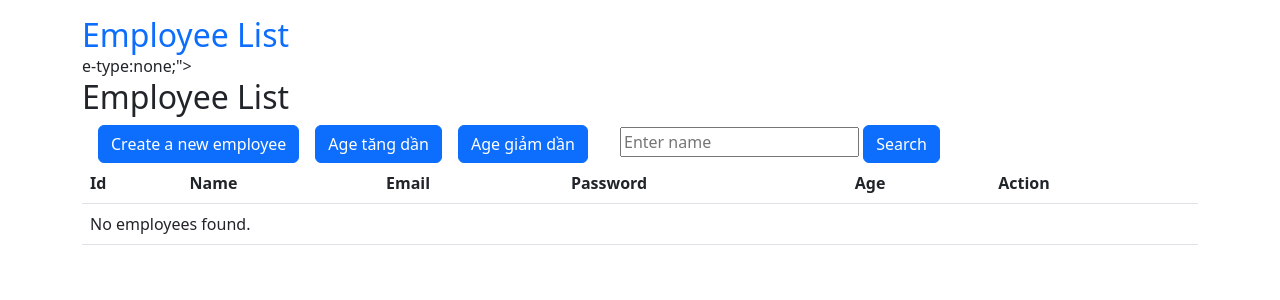
Repository: HoangLinh2001/PHP
Page: http://localhost/age_desc.php
The author's editor kept a copy of each file at every save. The page is drawn from the files as they stood at one save, then again after the next save.
The browser window is 1280 px wide. The pictures show the whole page.
The page is run by PHP 8.4 with error messages shown; the project is at /var/www/html/. Queries for data that is not in the repository find no rows.

Above is the page before, as saved 2023-06-21 15:35:51.

### DEMOPHPBUOI2/age_desc.php
<!DOCTYPE html>
<html lang="en">

<head>
    <title>Bootstrap Example</title>
    <meta charset="utf-8">
    <meta name="viewport" content="width=device-width, initial-scale=1">
    <link href="https://cdn.jsdelivr.net/npm/bootstrap@5.2.3/dist/css/bootstrap.min.css" rel="stylesheet">
    <script src="https://cdn.jsdelivr.net/npm/bootstrap@5.2.3/dist/js/bootstrap.bundle.min.js"></script>
    <style>
        .create-filter-employee{
            display: flex;
        }
        .create-filter-employee a{
            margin-left: 1rem;
        }

        .create-filter-employee .search-form{
            margin-left: 2rem;
        }
    </style>
</head>

<body>
    <?php
    require_once('connectdb.php');
    $sql = "SELECT * FROM emptb ORDER BY age DESC";
    $result = $con->query($sql);
    ?>
    <div class="container mt-3">
    <a href="list_employee.php" style="text-decoration: none;">
        <h2 style="margin: 0;">Employee List</h2>
    </a>e-type:none;"><h2>Employee List</h2></a>
        <div class="create-filter-employee">
            <a class="btn btn-primary" href="create_employee.php">Create a new employee</a>
            <a class="btn btn-primary" href="age_asc.php">Age tăng dần</a>
            <a class="btn btn-primary" href="age_desc.php">Age giảm dần</a>
            <form action="search_name.php" method="GET" class="search-form">
                <input type="text" name="search_name" placeholder="Enter name" />
                <button type="submit" class="btn btn-primary">Search</button>
            </form>
        </div>
        <table class="table">
            <thead>
                <tr>
                    <th>Id</th>
                    <th>Name</th>
                    <th>Email</th>
                    <th>Password</th>
                    <th>Age</th>
                    <th>Action</th>
                </tr>
            </thead>
            <tbody>
                <?php
                if ($result->num_rows > 0) {
                    foreach ($result as $item) {
                ?>
                        <tr>
                            <td><?php echo $item['id'] ?></td>
                            <td><?php echo $item['name'] ?></td>
                            <td><?php echo $item['email'] ?></td>
                            <td><?php echo $item['password'] ?></td>
                            <td><?php echo $item['age'] ?></td>
                            <td>
                                <a class="btn btn-danger" href="delete_employee.php?id=<?php echo $item['id'] ?>">Delete</a>
                                <a class="btn btn-primary" href="update_employee.php?id=<?php echo $item['id'] ?>">Update</a>
                            </td>
                        </tr>
                <?php
                    }
                } else {
                    echo "<tr><td colspan='6'>No employees found.</td></tr>";
                }
                ?>
            </tbody>
        </table>
    </div>
</body>

</html>

### DEMOPHPBUOI2/connectdb.php
<?php
    $serverName = "localhost";
    $username = "root";
    $password = "";
    $dbname = "emdatabase";
    //create connection
    $con = new mysqli($serverName,$username,$password,$dbname);
    //check connection
    // if ($con -> connect_error) {
    //     die("connection failed: ".$con->connect_error);
    // }
    // echo "connect successfully !";
?>

After the next save:
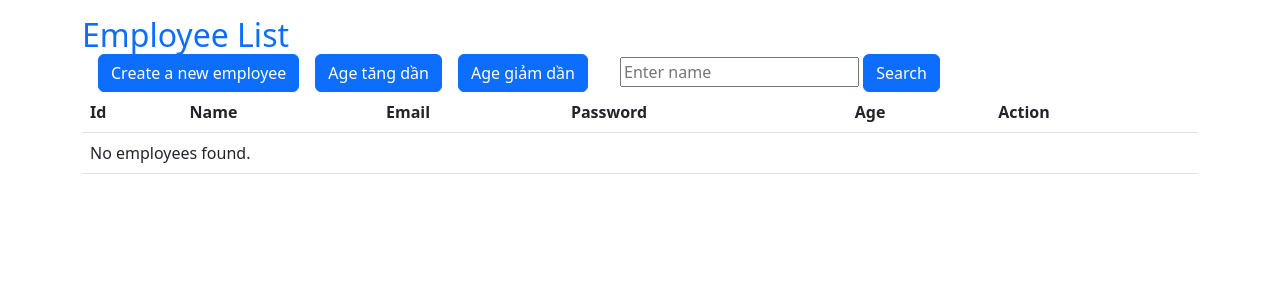
Saved 6 s later.
--- a/DEMOPHPBUOI2/age_desc.php
+++ b/DEMOPHPBUOI2/age_desc.php
@@ -30,7 +30,7 @@
     <div class="container mt-3">
     <a href="list_employee.php" style="text-decoration: none;">
         <h2 style="margin: 0;">Employee List</h2>
-    </a>e-type:none;"><h2>Employee List</h2></a>
+    </a>
         <div class="create-filter-employee">
             <a class="btn btn-primary" href="create_employee.php">Create a new employee</a>
             <a class="btn btn-primary" href="age_asc.php">Age tăng dần</a>
